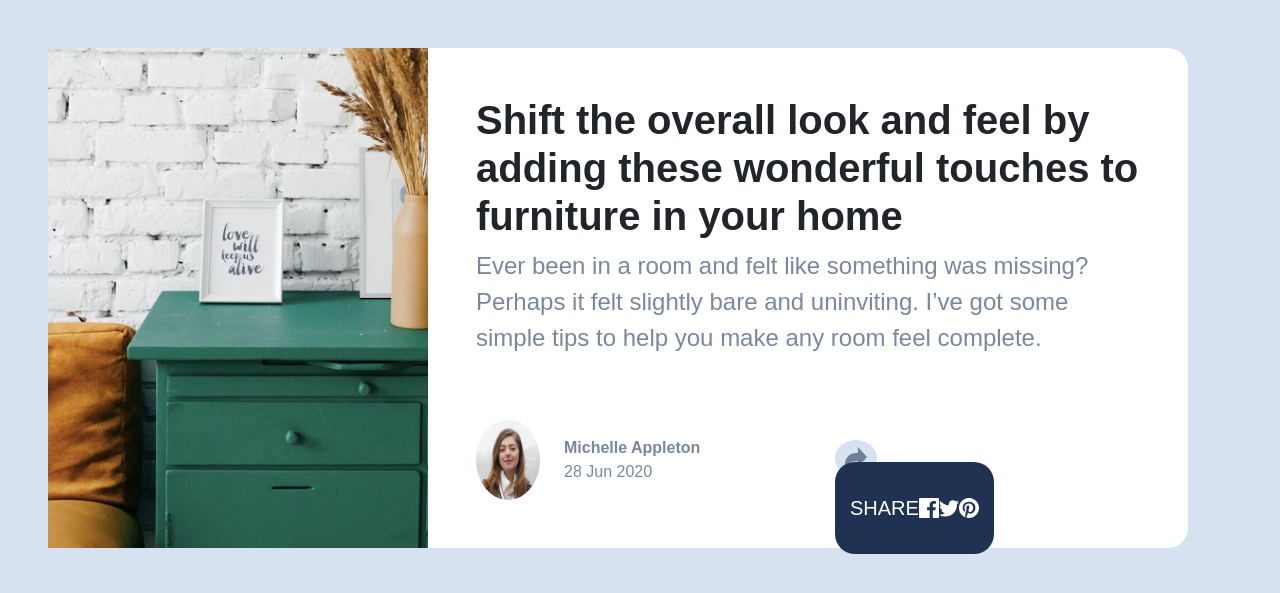
Repository: blordeus/article-preview-component
Page: index.html
An editor plug-in stored every save of this project. The page is shown before and after the next save, followed by the edit.
The browser window is 1280 px wide. The pictures show the whole page.

Above is the page before, as saved 2024-05-17 17:27:26.

### index.html
<!DOCTYPE html>
<html lang="en">
<head>
  <meta charset="UTF-8">
  <meta name="viewport" content="width=device-width, initial-scale=1.0"> <!-- displays site properly based on user's device -->

  <link rel="icon" type="image/png" sizes="32x32" href="./images/favicon-32x32.png">
  <link href="https://cdn.jsdelivr.net/npm/bootstrap@5.3.3/dist/css/bootstrap.min.css" rel="stylesheet" integrity="sha384-QWTKZyjpPEjISv5WaRU9OFeRpok6YctnYmDr5pNlyT2bRjXh0JMhjY6hW+ALEwIH" crossorigin="anonymous">
  <script src defer="https://cdn.jsdelivr.net/npm/bootstrap@5.3.3/dist/js/bootstrap.bundle.min.js" integrity="sha384-YvpcrYf0tY3lHB60NNkmXc5s9fDVZLESaAA55NDzOxhy9GkcIdslK1eN7N6jIeHz" crossorigin="anonymous"></script>
  <script src defer="./socials.js"></script>
  <link rel="stylesheet" href="style.css">
  <title>Frontend Mentor | Article preview component</title>

</head>
<body class="container m-5">

  <main class="bg-color row">

    <section id="section-1" class="col-4">
    </section>

    <section class="col my-auto p-5">
      <h1 class="text-color fw-bold fs-1">Shift the overall look and feel by adding these wonderful touches to furniture in your home</h1>

      <p class="fs-4">
        Ever been in a room and felt like something was missing? Perhaps
        it felt slightly bare and uninviting. I’ve got some simple tips
        to help you make any room feel complete.
      </p>
      <div class="row pt-5">
        <div class="col d-flex">
          <img id="avatar" src="./images/avatar-michelle.jpg" alt="michelle">
            <div class="ms-4 vstack my-auto mt-3">
              <p class="fw-bold font-black fs-6">Michelle Appleton <br> <span class="fw-normal">28 Jun 2020</span></p>
            </div>
          </div>
          <div class="col my-auto">
            <div class="position-relative">
              <div class="d-flex justify-content-evenly align-items-center popup position-absolute top-0 start-0">
                <p class="popup-text mt-3">SHARE</p>
                  <img id="facebook" src="./images/icon-facebook.svg" alt="facebook">
                  <img id="twitter" src="./images/icon-twitter.svg" alt="twitter">
                  <img id="pinterest" src="./images/icon-pinterest.svg" alt="pinterest">
              </div>
            </div>
            <a href="#"><span class="share-background"><img id="share" src="./images/icon-share.svg" alt="share"></span></a>
          </div>
        </div>
      </div>
    </section>

  </main>
  <div class="attribution d-none">
    Challenge by <a href="https://www.frontendmentor.io?ref=challenge" target="_blank">Frontend Mentor</a>.
    Coded by <a href="#">Bryan Lordeus</a>.
  </div>
</body>
</html>

### style.css
/* root */
:root {
    --white: hsl(0, 0%, 100%);
    --light-gray: hsl(212, 45%, 89%);
    --grayish-blue: hsl(220, 15%, 55%);
    --dark-blue: hsl(218, 44%, 22%);
}

/* import Manrope font */
@import url('https://fonts.googleapis.com/css2?family=Manrope:wght@500;700&display=swap');

* {
    font-family: 'Manrope', sans-serif;
}


body {
    background-color: var(--light-gray);
}

main {
    background-color: var(--white);
    border-radius: 20px;

}

p {
    font-size: 13px;
    color: var(--grayish-blue);
}

#section-1 {
    background-image: url(./images/drawers.jpg);
    background-repeat: no-repeat;
    background-size: cover;
}

#avatar {
    /* make round */
    border-radius: 50%;
    /* make image smaller */
    width: 20%;
}

#share {
    width: 7%;
    position: static;
    margin-bottom: 2%;
}

.share-background {
    /* add light gray circle as background to icon */
    background-color: var(--light-gray);
    border-radius: 50%;
    padding: 10px;
    /* center icon */
    margin-left: 15px;
    margin-right: 15px;
    z-index: -2;
}

.popup {
    background-color: var(--dark-blue);
    border-radius: 20px;
    padding: 15px;
    z-index: 1;
    margin-left: 15px;
    margin-right: 15px;
    margin-top: 15px;
    margin-bottom: 15px;
}

.popup-text {
    color: var(--white);
    font-size: 20px;
}

After the next save:
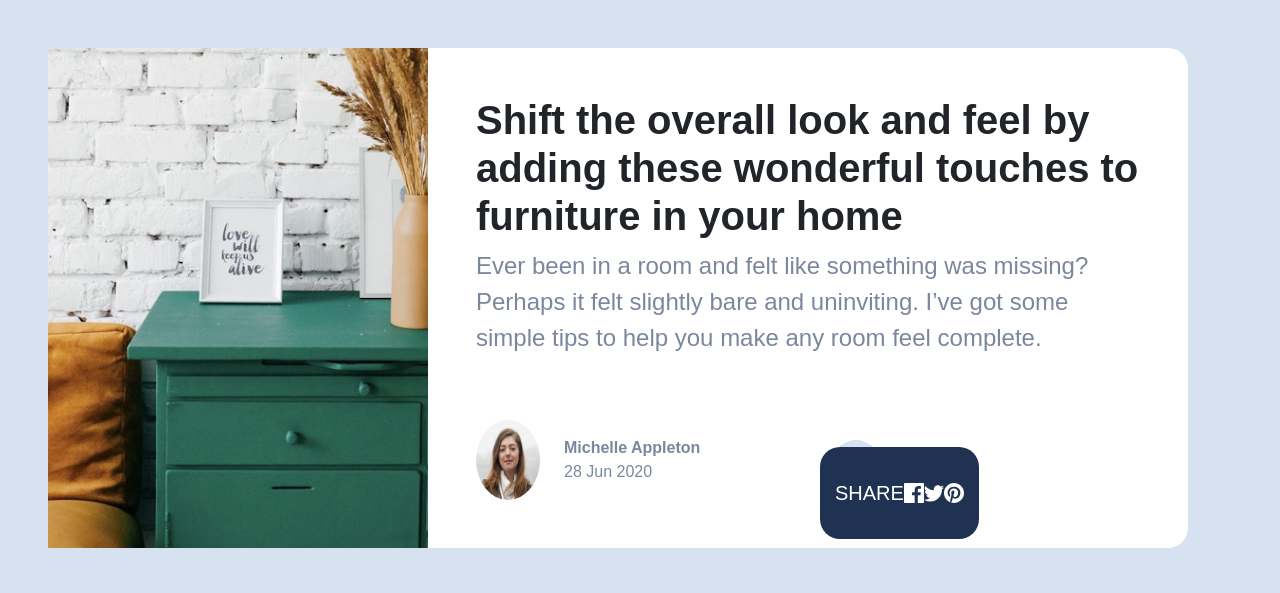
Saved 22 s later.
--- a/style.css
+++ b/style.css
@@ -64,10 +64,7 @@
     border-radius: 20px;
     padding: 15px;
     z-index: 1;
-    margin-left: 15px;
-    margin-right: 15px;
-    margin-top: 15px;
-    margin-bottom: 15px;
+
 }
 
 .popup-text {

After the 6 saves that followed:
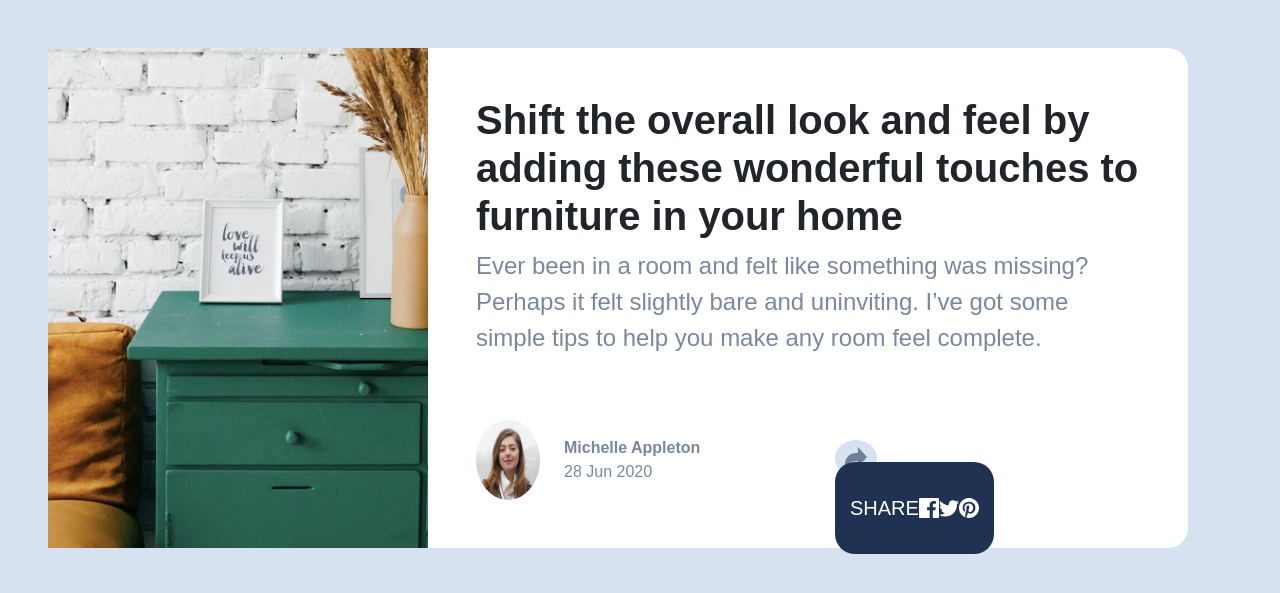
The 6 saves are shown as one change because 1 left the picture as it was and some came seconds apart.
The last was saved 21 s later.
--- a/style.css
+++ b/style.css
@@ -63,8 +63,14 @@
     background-color: var(--dark-blue);
     border-radius: 20px;
     padding: 15px;
+    position: absolute;
+    top: 50%;
+    left: 50%;
     z-index: 1;
-
+    margin-left: 15px;
+    margin-right: 15px;
+    margin-top: 15px;
+    margin-bottom: 15px;
 }
 
 .popup-text {
